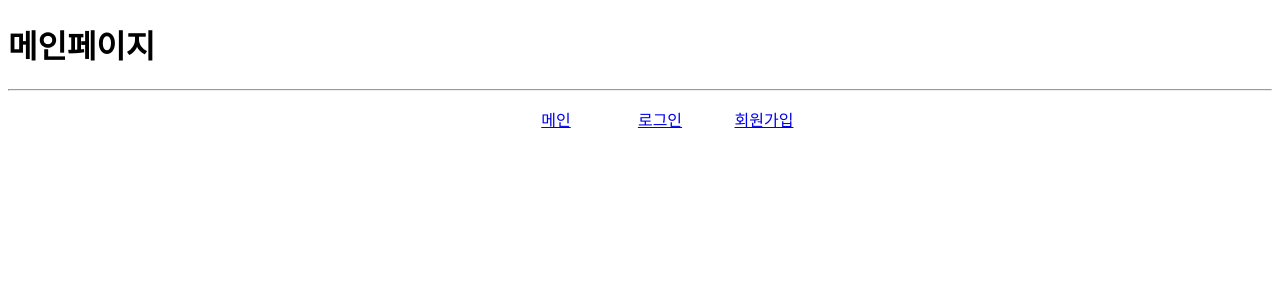
Repository: vhswo/jsp-work
Page: http://localhost/cos/main.jsp
These files come from the project's save history. The page is drawn as it stood at one moment and after the next save; the edit follows.
The browser window is 1280 px wide. The pictures show the whole page.
The page is served by Tomcat 9.

Above is the page before, as saved 2020-08-22 06:23:04.

After the next save:
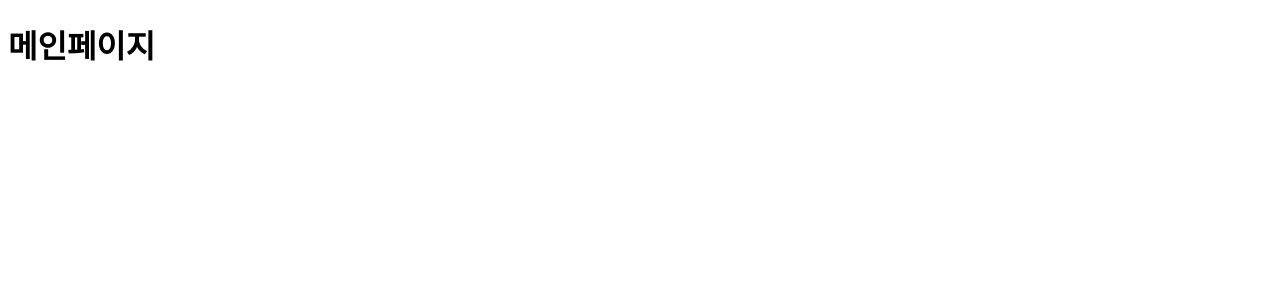
Saved 100 s later.
--- a/cos/WebContent/main.jsp
+++ b/cos/WebContent/main.jsp
@@ -1,36 +1,9 @@
 <%@ page language="java" contentType="text/html; charset=UTF-8"
     pageEncoding="UTF-8"%>
-    <%
-    if(session.getAttribute("auth")  != null){
+<%@ include file= "layout/header.jsp" %>
 
-    if((boolean)session.getAttribute("auth")  == true){
-    	System.out.println("인증된 사용자입니다.");
- 	   }
-    }
-    %>
-<!DOCTYPE html>
-<html>
-<head>
-<meta charset="UTF-8">
-<title>메인페이지</title>
-<style>
-	ul {
-		text-align: center;
-	}
+<h1>메인페이지</h1>
 
-	li {
-		display: inline-block;
-		width : 100px;
-	}
-</style>
-</head>
-<body>
-<h1>메인페이지</h1>
-<hr/>
-<ul>
-	<li><a href="main.jsp">메인</a></li>
-	<li><a href="login.jsp">로그인</a></li>
-	<li><a href ="join.jsp">회원가입</a></li>
-</ul>
+
 </body>
 </html>
